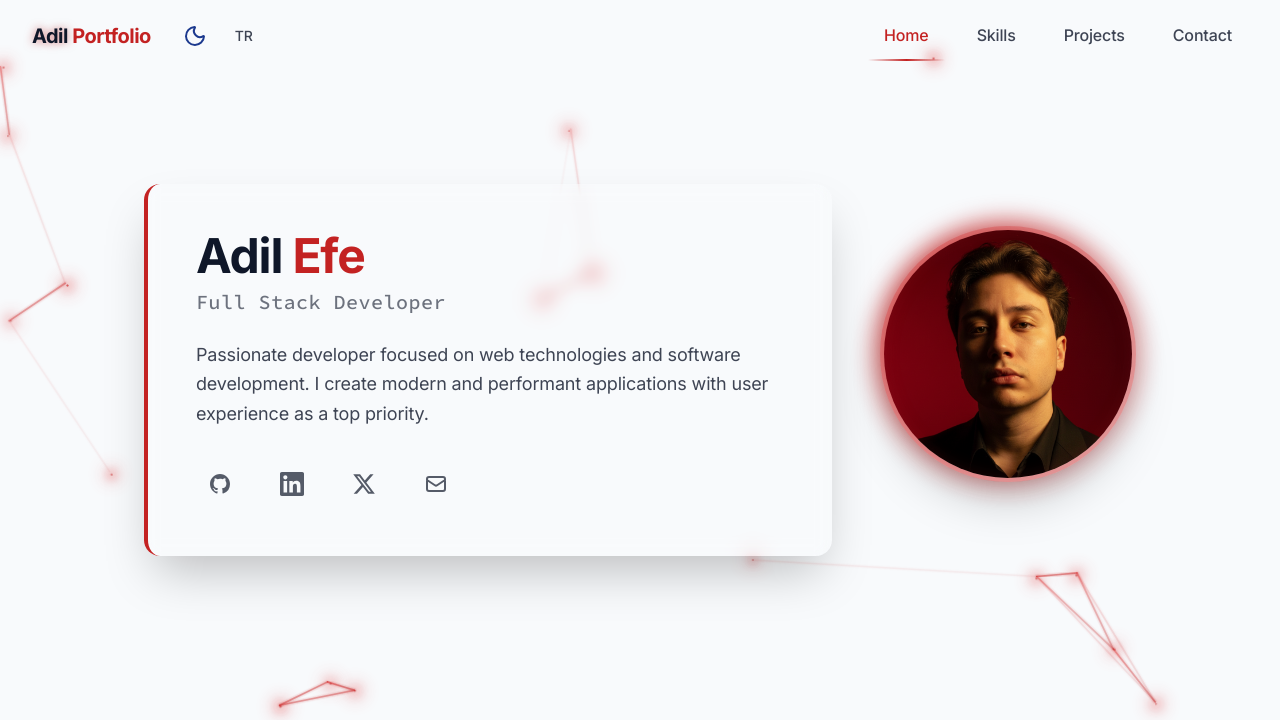
Repository: jusiann/personal-portfolio
Page: / (app in my-portfolio/)
The author's editor kept a copy of each file at every save. The page is drawn from the files as they stood at one save, then again after the next save.
The browser window is 1280 px wide. The pictures show the whole page.
The project was rebuilt for these pictures with package versions that can differ from the ones it lists, and the page was loaded fresh each time. Also part of the build but not shown: my-portfolio/vite.config.js, my-portfolio/src/pages/Skills.jsx, my-portfolio/src/pages/Projects.jsx, my-portfolio/src/pages/Contact.jsx, my-portfolio/src/pages/NotFound.jsx.

Above is the page before, as saved 2025-11-20 00:06:27.

### my-portfolio/index.html
<!doctype html>
<html lang="en">
  <head>
    <meta charset="UTF-8" />
    <link rel="icon" type="image/svg+xml" href="/vite.svg" />
    <meta name="viewport" content="width=device-width, initial-scale=1.0" />
    <link rel="preconnect" href="https://fonts.googleapis.com">
    <link rel="preconnect" href="https://fonts.gstatic.com" crossorigin>
    <link href="https://fonts.googleapis.com/css2?family=Inter:wght@300;400;500;600;700;800&family=Source+Code+Pro:wght@400;500;600&display=swap" rel="stylesheet">
    <title>my-portfolio</title>
  </head>
  <body>
    <div id="root"></div>
    <script type="module" src="/src/main.jsx"></script>
  </body>
</html>

### my-portfolio/src/App.jsx
import { BrowserRouter, Routes, Route, Navigate, useLocation } from "react-router-dom"
import { AnimatePresence } from "framer-motion"
import { Home } from "./pages/Home";
import { Skills } from "./pages/Skills";
import { Projects } from "./pages/Projects";
import { Contact } from "./pages/Contact";
import { NotFound } from "./pages/NotFound";

function AnimatedRoutes() {
  const location = useLocation();

  return (
    <AnimatePresence mode="wait">
      <Routes location={location} key={location.pathname}>

        {/* TURKISH ROUTES */}
        <Route path="/" element={<Navigate to="/en" replace />} />
        <Route path="/tr" element={<Home />}/>
        <Route path="/tr/skills" element={<Skills />}/>
        <Route path="/tr/projects" element={<Projects />}/>
        <Route path="/tr/contact" element={<Contact />}/>

        {/* ENGLISH ROUTES */}
        <Route path="/en" element={<Home />}/>
        <Route path="/en/skills" element={<Skills />}/>
        <Route path="/en/projects" element={<Projects />}/>
        <Route path="/en/contact" element={<Contact />}/>
        <Route path="*" element={<NotFound />} />
      </Routes>
    </AnimatePresence>
  );
}

function App() {
  return (
    <BrowserRouter>
      <AnimatedRoutes />
    </BrowserRouter>
  )
}

export default App

### my-portfolio/src/pages/Home.jsx
import {CrimsonWebBackground} from "../components/CrimsonWebBackground";
import {Navbar} from "../components/Navbar";
import {PageTransition} from "../components/PageTransition";
import {HomeCard} from "../components/HomeCard";

export const Home = () => {
    return (
        <PageTransition>
        <div className="
                        min-h-screen
                        bg-background
                        text-foreground
                        overflow-x-hidden">

            {/* BACKGROUND EFFECTS */}
            <CrimsonWebBackground />

            {/* NAVBAR */}
            <Navbar />

            {/* MAIN CONTENT */}
            <HomeCard />
        </div>
        </PageTransition>
    );
};

### my-portfolio/src/components/Navbar.jsx
import {cn} from "../lib/utils";
import {Menu, X} from "lucide-react";
import {useEffect, useState} from "react";
import {useLocation, Link} from "react-router-dom";
import {translations} from "../lib/translations";
import {ThemeToggle} from "./ThemeToggle";
import {LanguageToggle} from "./LanguageToggle";

export const Navbar = () => {
  const [isScrolled, setIsScrolled] = useState(false);
  const [isMenuOpen, setIsMenuOpen] = useState(false);
  const location = useLocation();
  const lang = location.pathname.startsWith('/en') ? 'en' : 'tr';

  const navItems = [
    { name: translations[lang].home, href: `/${lang}` },
    { name: translations[lang].skills, href: `/${lang}/skills`},
    { name: translations[lang].projects, href: `/${lang}/projects` },
    { name: translations[lang].contact, href: `/${lang}/contact` },
  ];

  const isActiveRoute = (href) => {
    if (href === `/${lang}`) {
      return location.pathname === `/${lang}` || location.pathname === `/${lang}/`;
    }
    return location.pathname.startsWith(href);
  };

  useEffect(() => {
    const handleScroll = () => {
      setIsScrolled(window.scrollY > 10);
    };

    window.addEventListener("scroll", handleScroll);
    return () => window.removeEventListener("scroll", handleScroll);
  }, []);

  return (
    <nav
      className={cn(
        "relative w-full transition-all duration-300 py-5"
      )}
    >
      <div className="container flex items-center justify-between h-8">
        {/* Sol taraf - Logo + Theme + Language */}
        <div className="flex items-center gap-6">
          <a
            className="text-xl font-heading font-bold text-primary flex items-center"
            href="#hero"
          >
            <span className="relative z-10">
              <span className="text-glow text-foreground"> Adil </span>{" "}
              Portfolio
            </span>
          </a>

          {/* Theme & Language Toggles */}
          <div className="flex items-center gap-2">
            <ThemeToggle />
            <LanguageToggle />
          </div>
        </div>

        {/* Sağ taraf - Desktop nav */}
        <div className="hidden md:flex items-center space-x-4">
          {navItems.map((item, key) => (
            <Link
              key={key}
              to={item.href}
              className={`relative px-4 py-3 font-medium transition-colors duration-300 group ${
                isActiveRoute(item.href)
                  ? 'text-primary'
                  : 'text-foreground/80 hover:text-primary'
              }`}
            >
              {/* Linear crimson line effect - Always visible for active, hover for others */}
              <div className={`absolute bottom-0 left-0 w-full h-0.5 bg-linear-to-r from-transparent via-primary to-transparent transition-transform duration-500 origin-center ${
                isActiveRoute(item.href)
                  ? 'scale-x-100'
                  : 'scale-x-0 group-hover:scale-x-100'
              }`} />

              {/* Text */}
              <span className="relative z-10">
                {item.name}
              </span>
            </Link>
          ))}
        </div>

        {/* mobile nav */}

        <button
          onClick={() => setIsMenuOpen((prev) => !prev)}
          className="md:hidden p-2 text-foreground z-50 hover:text-primary transition-colors duration-300"
          aria-label={isMenuOpen ? "Close Menu" : "Open Menu"}
        >
          {isMenuOpen ? <X size={24} /> : <Menu size={24} />}
        </button>

        <div
          className={cn(
            "fixed inset-0 bg-background/95 backdrop-blur-md z-40 flex flex-col items-center justify-center",
            "transition-all duration-300 md:hidden",
            isMenuOpen
              ? "opacity-100 pointer-events-auto"
              : "opacity-0 pointer-events-none"
          )}
        >
          <div className="flex flex-col space-y-8 text-xl">
            {navItems.map((item, key) => (
              <Link
                key={key}
                to={item.href}
                className={`relative px-4 py-2 transition-colors duration-300 group ${
                  isActiveRoute(item.href)
                    ? 'text-primary'
                    : 'text-foreground/80 hover:text-primary'
                }`}
                onClick={() => setIsMenuOpen(false)}
              >
                {/* Mobile crimson line - always visible for active, hover for others */}
                <div className={`absolute bottom-0 left-0 w-full h-0.5 bg-linear-to-r from-transparent via-primary to-transparent transition-transform duration-500 ${
                  isActiveRoute(item.href)
                    ? 'scale-x-100'
                    : 'scale-x-0 group-hover:scale-x-100'
                }`} />

                <span className="relative z-10">
                  {item.name}
                </span>
              </Link>
            ))}
          </div>
        </div>
      </div>
    </nav>
  );
};

### my-portfolio/src/components/PageTransition.jsx
import {motion} from 'framer-motion';

export const PageTransition = ({ children }) => {
    return (
        <>
            {children}

            {/* LEFT TRIANGLE */}
            <motion.div
                className="fixed inset-0 bg-background z-100 pointer-events-none"
                style={{
                    clipPath: 'polygon(0% 0%, 100% 0%, 0% 100%)',
                }}
                initial={{ x: '0%' }}
                animate={{ x: '-100%' }}
                transition={{
                    duration: 0.6,
                    ease: [0.65, 0, 0.35, 1],
                    delay: 0.4
                }}
            />

            {/* RIGHT TRIANGLE */}
            <motion.div
                className="fixed inset-0 bg-background z-100 pointer-events-none"
                style={{
                    clipPath: 'polygon(100% 0%, 100% 100%, 0% 100%)',
                }}
                initial={{ x: '0%' }}
                animate={{ x: '100%' }}
                transition={{
                    duration: 0.6,
                    ease: [0.65, 0, 0.35, 1],
                    delay: 0.4
                }}
            />

            {/* RED DIAGONAL LINE */}
            <motion.div
                className="fixed inset-0 pointer-events-none z-101"
                style={{
                    background: 'linear-gradient(to bottom right, transparent calc(50% - 2px), rgb(220, 38, 38) calc(50% - 2px), rgb(220, 38, 38) calc(50% + 2px), transparent calc(50% + 2px))',
                    filter: 'drop-shadow(0 0 8px rgb(220, 38, 38))',
                }}
                initial={{ opacity: 1 }}
                animate={{ opacity: 0 }}
                transition={{
                    duration: 0.3,
                    ease: "easeOut",
                    delay: 0.3
                }}
            />
        </>
    );
};

### my-portfolio/src/components/HomeCard.jsx
import { HomeImage } from "./HomeImage";
import { SocialLinks } from "./SocialLinks";
import { useLanguage } from "../lib/utils";

export const HomeCard = () => {
    const { t } = useLanguage();

    return (
        <div className="relative w-[80%] mx-auto px-4 py-8 mt-20 flex items-center gap-12">
            {/* Ana kart yapısı - backdrop blur ve opacity ile saydam etki */}
            <div
                className="
                    relative
                    flex-1
                    bg-card/10
                    backdrop-blur-sm
                    rounded-2xl
                    border-l-4
                    border-primary
                    shadow-2xl
                    p-8
                    md:p-12
                    transition-all
                    duration-500
                    hover:scale-[1.01]
                    animate-fade-in
                "
            >
                {/* İçerik alanı */}
                <div className="relative z-10">
                    {/* Profil Resmi Mobile */}
                    <div className="md:hidden mb-8">
                        <HomeImage
                            src="/src/assets/images/profile_photo.png"
                            alt={`${t('profile_name')} ${t('profile_surname')}`}
                        />
                    </div>

                    {/* İsim ve Soyisim */}
                    <div className="text-center md:text-left mb-6 animate-fade-in-delay-2">
                        <h1 className="
                            text-4xl
                            md:text-5xl
                            font-heading
                            font-bold
                            text-foreground
                            mb-2
                            tracking-tight
                        ">
                            {t('profile_name')}{' '}
                            <span className="text-primary">
                                {t('profile_surname')}
                            </span>
                        </h1>
                        <p className="
                            text-lg
                            md:text-xl
                            text-foreground/60
                            font-code
                        ">
                            {t('hero_subtitle')}
                        </p>
                    </div>

                    {/* Açıklama */}
                    <div className="
                        text-center
                        md:text-left
                        mb-8
                        max-w-2xl
                        animate-fade-in-delay-2
                    ">
                        <p className="
                            text-base
                            md:text-lg
                            text-foreground/80
                            leading-relaxed
                        ">
                            {t('profile_tagline')}
                        </p>
                    </div>

                    {/* Sosyal Medya Linkleri */}
                    <SocialLinks />
                </div>
            </div>

            {/* Profil Resmi - Card Dışında Sağda */}
            <div className="hidden md:block">
                <HomeImage
                    src="/src/assets/images/profile_photo.png"
                    alt={`${t('profile_name')} ${t('profile_surname')}`}
                />
            </div>

            {/* Ambient glow efekti */}
            <div
                className="
                    absolute
                    -inset-4
                    bg-primary/5
                    blur-3xl
                    -z-10
                    opacity-50
                    animate-pulse-subtle
                "
            />
        </div>
    );
};

### my-portfolio/src/components/LanguageToggle.jsx
import {useNavigate, useLocation } from 'react-router-dom';
import {cn} from '../lib/utils';

export const LanguageToggle = () => {
    const navigate = useNavigate();
    const location = useLocation();
    const currentLang = location.pathname.startsWith('/en') ? 'en' : 'tr';

    const toggleLanguage = () => {
        const newLang = currentLang === 'tr' ? 'en' : 'tr';
        navigate(`/${newLang}${location.hash}`);
    };

    return (
        <button
            onClick={toggleLanguage}
            className={cn(
                "px-3 py-2 transition-all duration-300",
                "hover:scale-110 active:scale-95",
                "focus:outline-none text-foreground/80 hover:text-foreground",
                "text-sm font-medium uppercase"
            )}
        >
            {currentLang === 'tr' ? 'EN' : 'TR'}
        </button>
    );
};

### my-portfolio/src/components/HomeImage.jsx
export const HomeImage = ({ src, alt = "Profile" }) => {
    return (
        <div className="flex justify-center mb-8 animate-fade-in-delay-1">
            {/* Dış halka - glow efekti */}
            <div
                className="
                    relative
                    group
                    animate-pulse-subtle
                "
            >
                {/* Gradient border halka */}
                <div
                    className="
                        absolute
                        -inset-1
                        bg-linear-to-br
                        from-primary
                        via-primary/60
                        to-primary/30
                        rounded-full
                        blur-md
                        group-hover:blur-lg
                        transition-all
                        duration-300
                    "
                />

                {/* Resim container */}
                <div
                    className="
                        relative
                        w-40
                        h-40
                        md:w-64
                        md:h-64
                        rounded-full
                        overflow-hidden
                        border-4
                        border-primary/20
                        shadow-2xl
                        group-hover:scale-105
                        transition-transform
                        duration-300
                    "
                >
                    <img
                        src={src}
                        alt={alt}
                        className="
                            w-full
                            h-full
                            object-cover
                            filter
                            group-hover:brightness-110
                            transition-all
                            duration-300
                        "
                    />
                </div>

                {/* İç glow */}
                <div
                    className="
                        absolute
                        inset-0
                        rounded-full
                        shadow-[inset_0_0_20px_rgba(220,38,38,0.2)]
                        pointer-events-none
                    "
                />
            </div>
        </div>
    );
};

### my-portfolio/src/components/SocialLinks.jsx
export const SocialLinks = () => {
    const socialMedia = [
        {
            name: "GitHub",
            url: "https://github.com/jusiann",
            icon: (
                <svg
                    className="w-6 h-6"
                    fill="currentColor"
                    viewBox="0 0 24 24"
                    aria-hidden="true"
                >
                    <path
                        fillRule="evenodd"
                        d="M12 2C6.477 2 2 6.484 2 12.017c0 4.425 2.865 8.18 6.839 9.504.5.092.682-.217.682-.483 0-.237-.008-.868-.013-1.703-2.782.605-3.369-1.343-3.369-1.343-.454-1.158-1.11-1.466-1.11-1.466-.908-.62.069-.608.069-.608 1.003.07 1.531 1.032 1.531 1.032.892 1.53 2.341 1.088 2.91.832.092-.647.35-1.088.636-1.338-2.22-.253-4.555-1.113-4.555-4.951 0-1.093.39-1.988 1.029-2.688-.103-.253-.446-1.272.098-2.65 0 0 .84-.27 2.75 1.026A9.564 9.564 0 0112 6.844c.85.004 1.705.115 2.504.337 1.909-1.296 2.747-1.027 2.747-1.027.546 1.379.202 2.398.1 2.651.64.7 1.028 1.595 1.028 2.688 0 3.848-2.339 4.695-4.566 4.943.359.309.678.92.678 1.855 0 1.338-.012 2.419-.012 2.747 0 .268.18.58.688.482A10.019 10.019 0 0022 12.017C22 6.484 17.522 2 12 2z"
                        clipRule="evenodd"
                    />
                </svg>
            ),
        },
        {
            name: "LinkedIn",
            url: "https://linkedin.com/in/yourprofile",
            icon: (
                <svg
                    className="w-6 h-6"
                    fill="currentColor"
                    viewBox="0 0 24 24"
                    aria-hidden="true"
                >
                    <path
                        fillRule="evenodd"
                        d="M20.447 20.452h-3.554v-5.569c0-1.328-.027-3.037-1.852-3.037-1.853 0-2.136 1.445-2.136 2.939v5.667H9.351V9h3.414v1.561h.046c.477-.9 1.637-1.85 3.37-1.85 3.601 0 4.267 2.37 4.267 5.455v6.286zM5.337 7.433c-1.144 0-2.063-.926-2.063-2.065 0-1.138.92-2.063 2.063-2.063 1.14 0 2.064.925 2.064 2.063 0 1.139-.925 2.065-2.064 2.065zm1.782 13.019H3.555V9h3.564v11.452zM22.225 0H1.771C.792 0 0 .774 0 1.729v20.542C0 23.227.792 24 1.771 24h20.451C23.2 24 24 23.227 24 22.271V1.729C24 .774 23.2 0 22.222 0h.003z"
                        clipRule="evenodd"
                    />
                </svg>
            ),
        },
        {
            name: "Twitter",
            url: "https://twitter.com/yourhandle",
            icon: (
                <svg
                    className="w-6 h-6"
                    fill="currentColor"
                    viewBox="0 0 24 24"
                    aria-hidden="true"
                >
                    <path d="M18.244 2.25h3.308l-7.227 8.26 8.502 11.24H16.17l-5.214-6.817L4.99 21.75H1.68l7.73-8.835L1.254 2.25H8.08l4.713 6.231zm-1.161 17.52h1.833L7.084 4.126H5.117z" />
                </svg>
            ),
        },
        {
            name: "Email",
            url: "mailto:your.email@example.com",
            icon: (
                <svg
                    className="w-6 h-6"
                    fill="none"
                    stroke="currentColor"
                    viewBox="0 0 24 24"
                    aria-hidden="true"
                >
                    <path
                        strokeLinecap="round"
                        strokeLinejoin="round"
                        strokeWidth={2}
                        d="M3 8l7.89 5.26a2 2 0 002.22 0L21 8M5 19h14a2 2 0 002-2V7a2 2 0 00-2-2H5a2 2 0 00-2 2v10a2 2 0 002 2z"
                    />
                </svg>
            ),
        },
    ];

    return (
        <div className="flex justify-center md:justify-start gap-6 mt-8 animate-fade-in-delay-3">
            {socialMedia.map((social, index) => (
                <a
                    key={social.name}
                    href={social.url}
                    target="_blank"
                    rel="noopener noreferrer"
                    className="
                        p-3
                        text-foreground/70
                        hover:text-primary
                        transition-all
                        duration-300
                        hover:scale-110
                        animate-fade-in-delay-3
                    "
                    style={{ animationDelay: `${0.8 + index * 0.1}s` }}
                    aria-label={social.name}
                >
                    {social.icon}
                </a>
            ))}
        </div>
    );
};

Loaded but not shown: my-portfolio/src/main.jsx (common file); my-portfolio/src/lib/translations.js (80 lines, source omitted); my-portfolio/src/lib/utils.js (19 lines, source omitted); my-portfolio/src/index.css (267 lines, source omitted); my-portfolio/src/components/CrimsonWebBackground.jsx (183 lines, source omitted); my-portfolio/src/components/ThemeToggle.jsx (130 lines, source omitted)

After the next save:
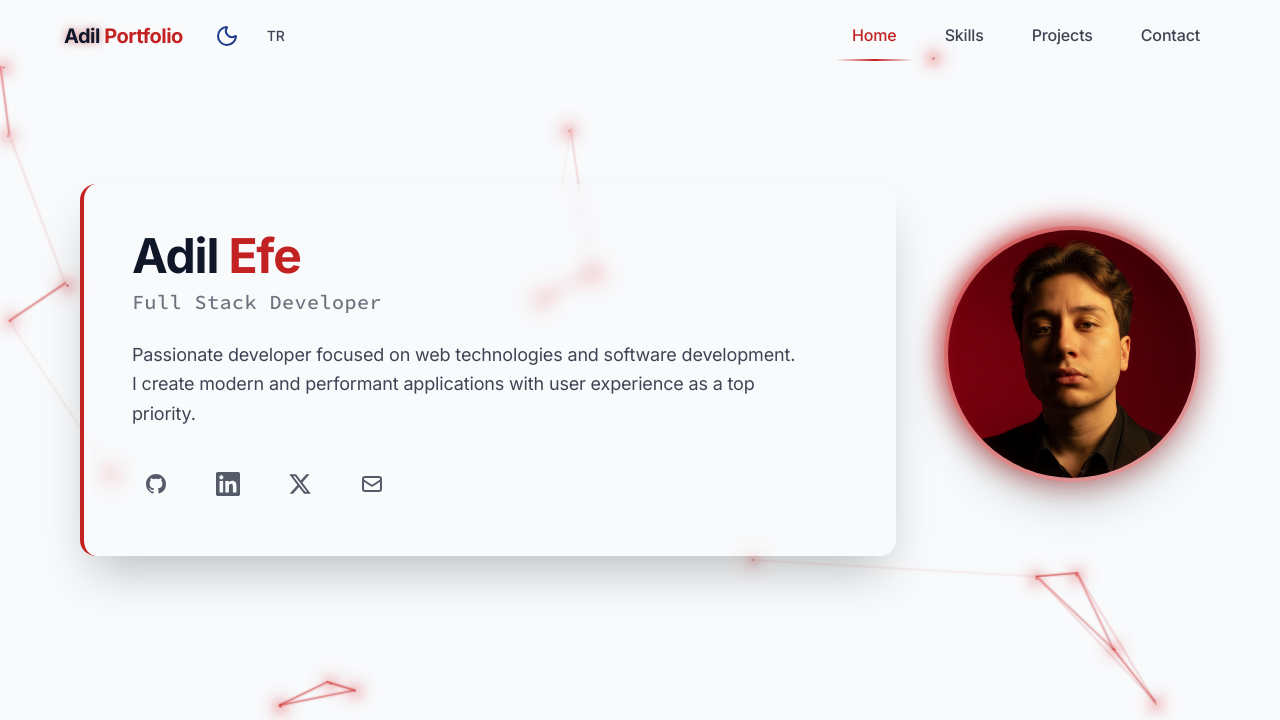
Saved 5 min 4 s later.
--- a/my-portfolio/src/components/Navbar.jsx
+++ b/my-portfolio/src/components/Navbar.jsx
@@ -41,7 +41,7 @@ export const Navbar = () => {
         "relative w-full transition-all duration-300 py-5"
       )}
     >
-      <div className="container flex items-center justify-between h-8">
+      <div className="w-[90%] mx-auto flex items-center justify-between h-8">
         {/* Sol taraf - Logo + Theme + Language */}
         <div className="flex items-center gap-6">
           <a
--- a/my-portfolio/src/components/HomeCard.jsx
+++ b/my-portfolio/src/components/HomeCard.jsx
@@ -6,7 +6,7 @@ export const HomeCard = () => {
     const { t } = useLanguage();
 
     return (
-        <div className="relative w-[80%] mx-auto px-4 py-8 mt-20 flex items-center gap-12">
+        <div className="relative w-[90%] mx-auto px-4 py-8 mt-20 flex items-center gap-12">
             {/* Ana kart yapısı - backdrop blur ve opacity ile saydam etki */}
             <div
                 className="
